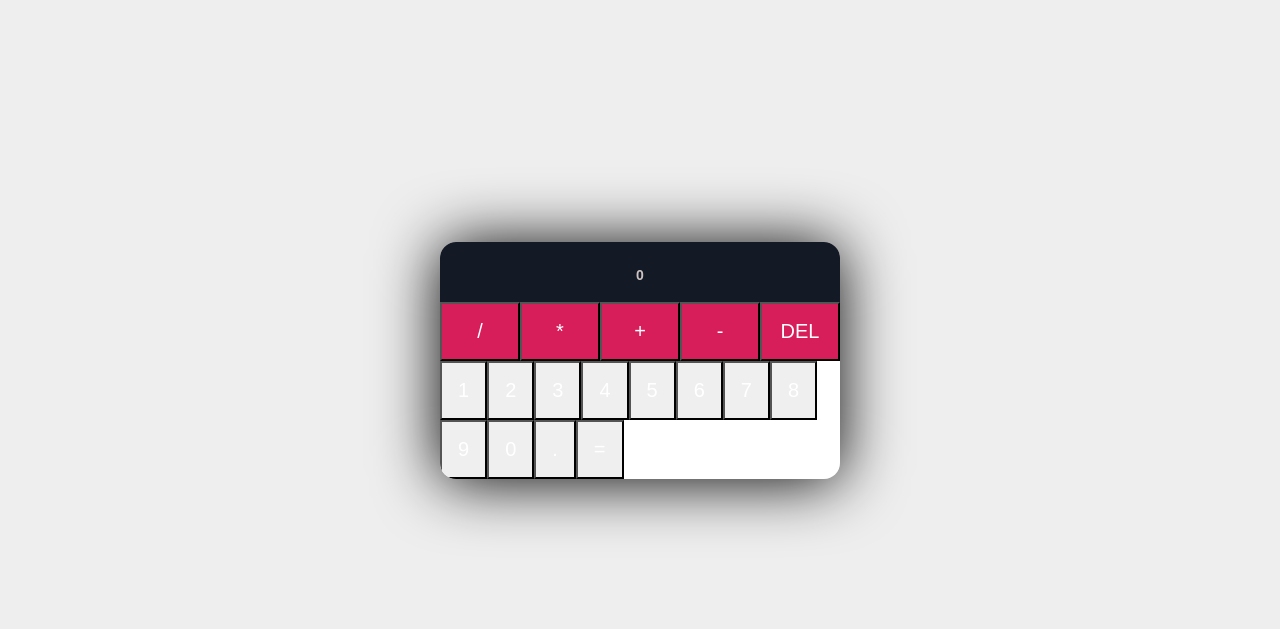
Repository: wakoya-tech/calculator-app
Page: /
The author's editor kept a copy of each file at every save. The page is drawn from the files as they stood at one save, then again after the next save.
The browser window is 1280 px wide. The pictures show the whole page.
The project was rebuilt for these pictures with package versions that can differ from the ones it lists, and the page was loaded fresh each time. Also part of the build but not shown: vite.config.js.

Above is the page before, as saved 2025-10-16 23:26:07.

### src/main.jsx
import React from 'react'
import ReactDOM from 'react-dom/client'
import App from './App.jsx'
import './App.css'

ReactDOM.createRoot(document.getElementById('root')).render(
  <React.StrictMode>
    <App />
  </React.StrictMode>
)

### src/App.jsx
import './App.css';  // Not index.css!
function App() {
  const createDigits=()=>{
    const digits=[];
    for(let i=1; i<10;i++){
      digits.push(
        <button key={i}>{i}</button>
      )
    }
    return digits;
  }
  return (
    <div className="App">
     <div className="calculator">
      <div className="display">
        <span>{0}</span>
      </div>
      <div className="operators">
        <button>/</button>
        <button>*</button>
        <button>+</button>
        <button>-</button>
        <button>DEL</button>
      </div>
      <div className="digits">
        {createDigits() }
        <button>0</button>
        <button>.</button>
        <button>=</button>
      </div>
     </div>

    </div>
  )
}

export default App

### src/App.css
:root{
  --primary:#d71e5b;
  --secondary:#8c38ff;
  --dark:#131a26;
  --light:#eee;
}
*{
  margin: 0;
  padding: 0;
  box-sizing: border-box;
  font-family: 'Fira Sans', sans-serif;
}
body{
  background-color: var(--light);

}
.App{
  display: flex;
  min-height: 100vh;
  align-items: center;

  justify-content: center;
}
.calculator{
  width: 100%;
  max-width: 400px;
  background-color: #fff;
  border-radius: 16px;
  overflow: hidden;
  box-shadow: 0px 2px 64px  rgb(0, 0,0.2);
}
.display{
  padding: 16px;
  text-align: center;
  background-color: var(--dark);
  color: var(--light);
font-size: 24px;
font-weight: bold;
}
.display span{
  font-size: 14px;
  color: #ccc2c2;
}
button{
  appearance: none;

  outline: none;
  color: #fff;
  font-size: 20px;
  padding: 16px;
  cursor: pointer;
  transition: 0.4s;
}
button:hover{
  opacity: 0.9;
}
.operators{
  display: flex;
}
.operators button{
  flex: 1 1 0%;
  background-color: var(--primary);
  font-weight: 700%;
}
.digits{
  display: flex;
  flex-wrap: wrap;
}

Loaded but not shown: index.html (common file)

After the next save:
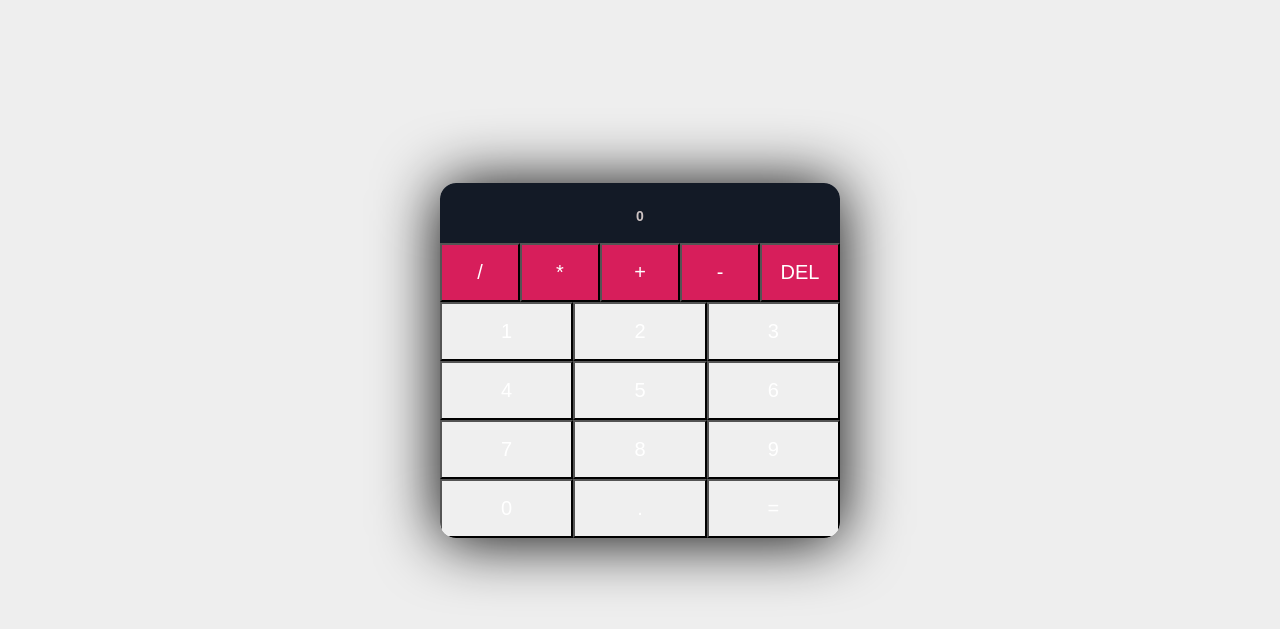
Saved 72 s later.
--- a/src/App.css
+++ b/src/App.css
@@ -66,3 +66,6 @@ button:hover{
   display: flex;
   flex-wrap: wrap;
 }
+.digits button{
+  flex: 1 1 33.333%;
+}
